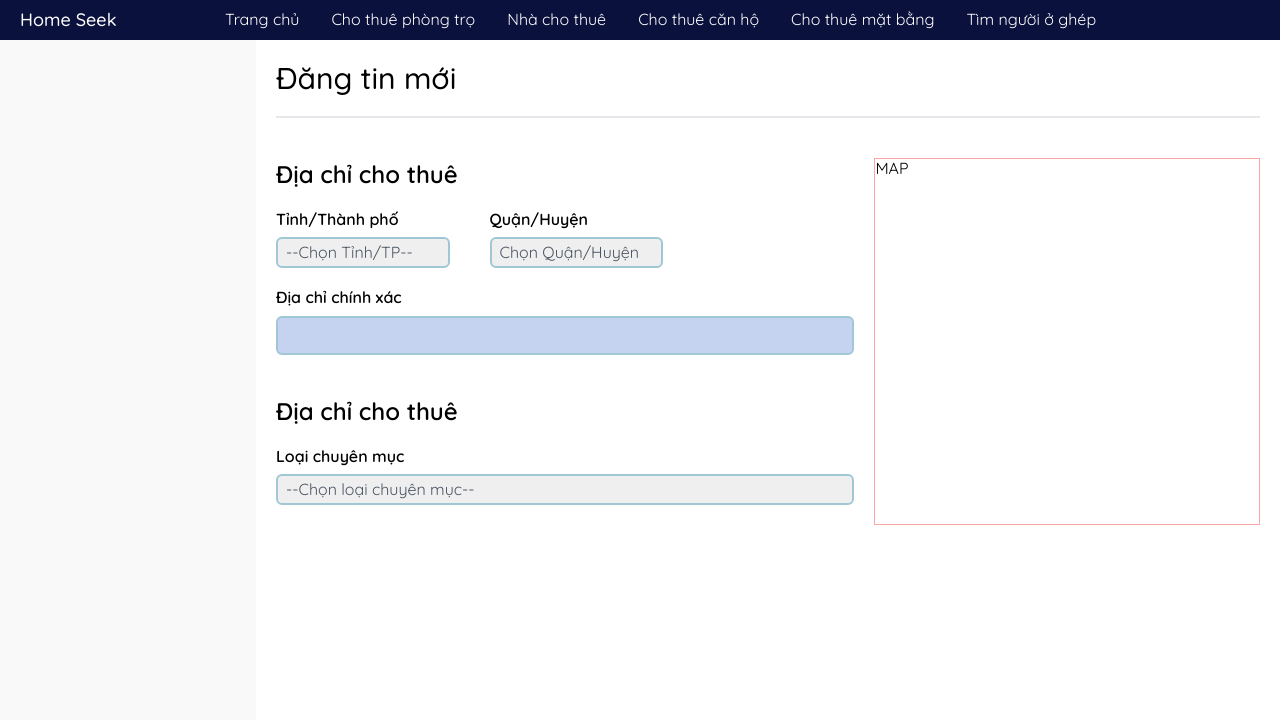
Repository: ajincome26/homeseek
Page: /create (app in client/)
These files come from the project's save history. The page is drawn as it stood at one moment and after the next save; the edit follows.
The browser window is 1280 px wide. The pictures show the whole page.
The page's requests for data from a server got no answer. The project was rebuilt for these pictures with package versions that can differ from the ones it lists, and the page was loaded fresh each time. Some packages were replaced by stand-ins written for this rebuild. No one was signed in, and anything a server would have sent is missing. Also part of the build but not shown: client/vite.config.ts, client/src/components/Footer/Footer.tsx, client/src/components/Button/Button.tsx, client/src/components/Button/index.ts, client/src/utils/utils.tsx, client/src/components/MainHeader/components/User.tsx, client/src/components/Popover/Popover.tsx, client/src/components/Popover/index.ts and 20 more.

Above is the page before, as saved 2024-01-09 05:21:38.

After the next save:
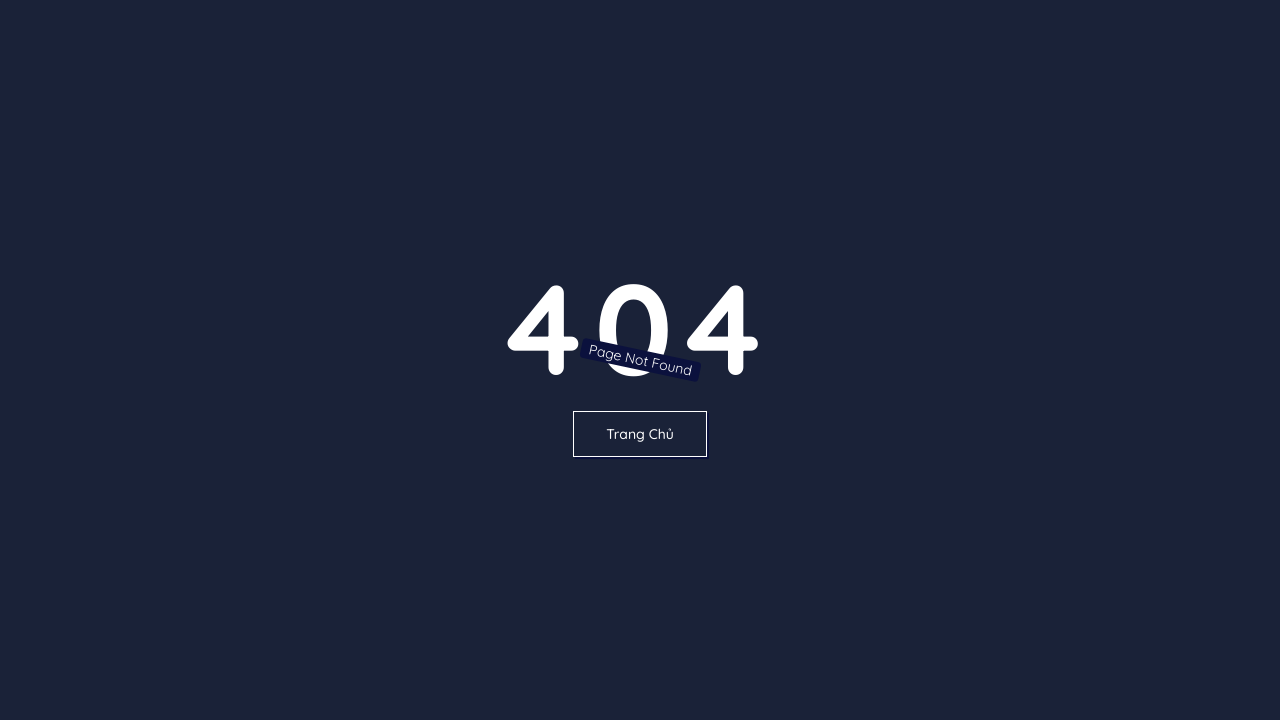
Console error: ReferenceError: payload is not defined
Saved 23 h 0 min later.
--- a/client/src/pages/CreatePostPage/components/Overview.tsx
+++ b/client/src/pages/CreatePostPage/components/Overview.tsx
@@ -17,6 +17,20 @@
           setValue={setCategory}
         />
       </div>
+      <div>
+        <label htmlFor='desc' className='font-semibold'>
+          Nội dung mô tả
+        </label>
+        <textarea
+          type='text'
+          id='desc'
+          className='mt-2 cr-input-text'
+          rows={7}
+          value={payload.description}
+          onChange={(e) => setPayload((prev) => ({ ...prev, description: e.target.value }))}
+          onFocus={() => setInvalidFields([])}
+        />
+      </div>
     </div>
   )
 }

After the save that followed:
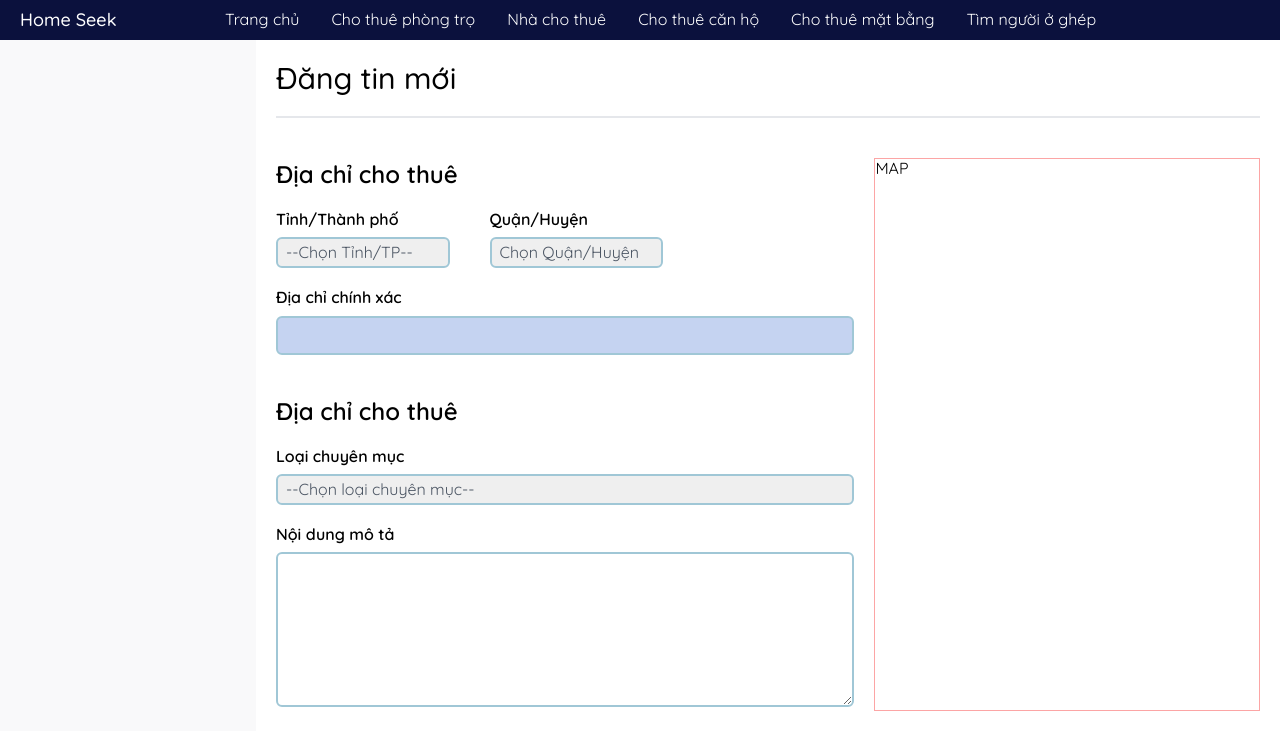
The error is gone.
Saved 21 s later.
--- a/client/src/pages/CreatePostPage/components/Overview.tsx
+++ b/client/src/pages/CreatePostPage/components/Overview.tsx
@@ -22,13 +22,12 @@
           Nội dung mô tả
         </label>
         <textarea
-          type='text'
           id='desc'
           className='mt-2 cr-input-text'
           rows={7}
-          value={payload.description}
-          onChange={(e) => setPayload((prev) => ({ ...prev, description: e.target.value }))}
-          onFocus={() => setInvalidFields([])}
+          // value={payload.description}
+          // onChange={(e) => setPayload((prev) => ({ ...prev, description: e.target.value }))}
+          // onFocus={() => setInvalidFields([])}
         />
       </div>
     </div>
